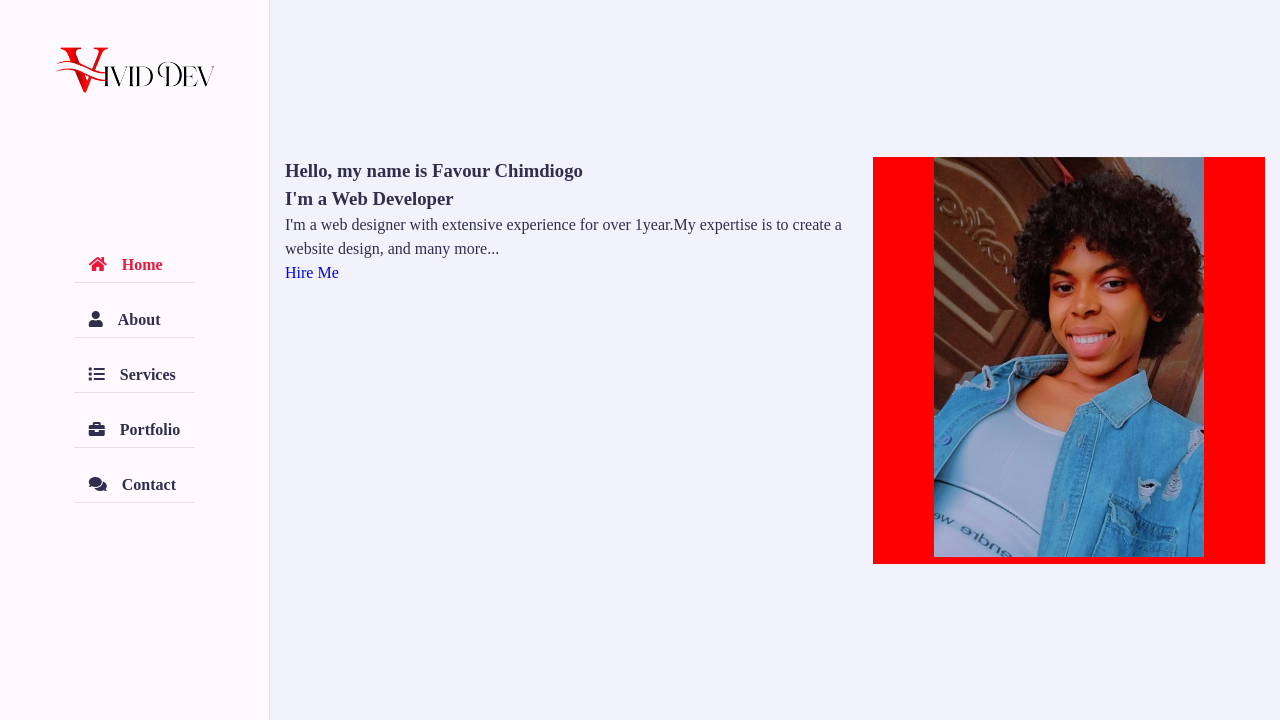
Repository: Big-Fave1/vivid-dev-portfolio
Page: build/index.html
The author's editor kept a copy of each file at every save. The page is drawn from the files as they stood at one save, then again after the next save.
The browser window is 1280 px wide. The pictures show the whole page.

Above is the page before, as saved 2025-05-30 11:57:36.

After the next save:
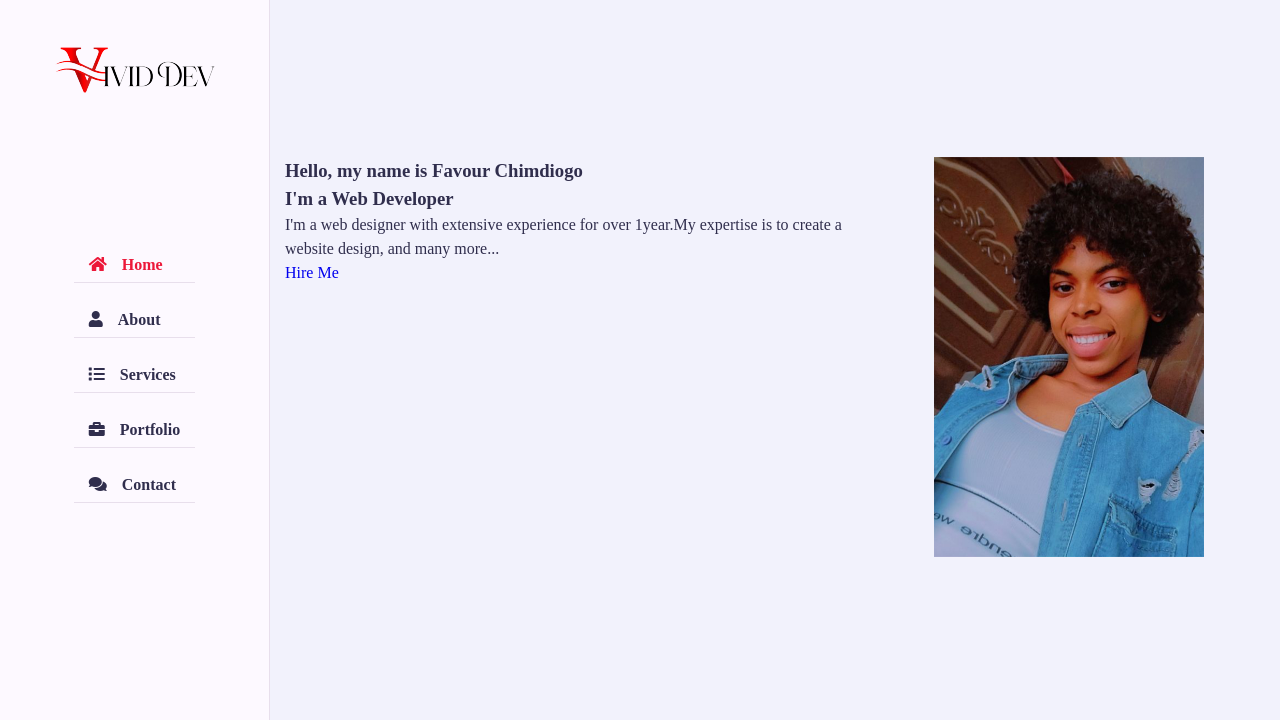
Saved 9 s later.
--- a/build/css/style.css
+++ b/build/css/style.css
@@ -183,7 +183,6 @@ align-items: center;
 {
     flex: 0 0 40%;
     max-width: 40%;
-    background: red;
     text-align: center;
     position: relative;
 }
